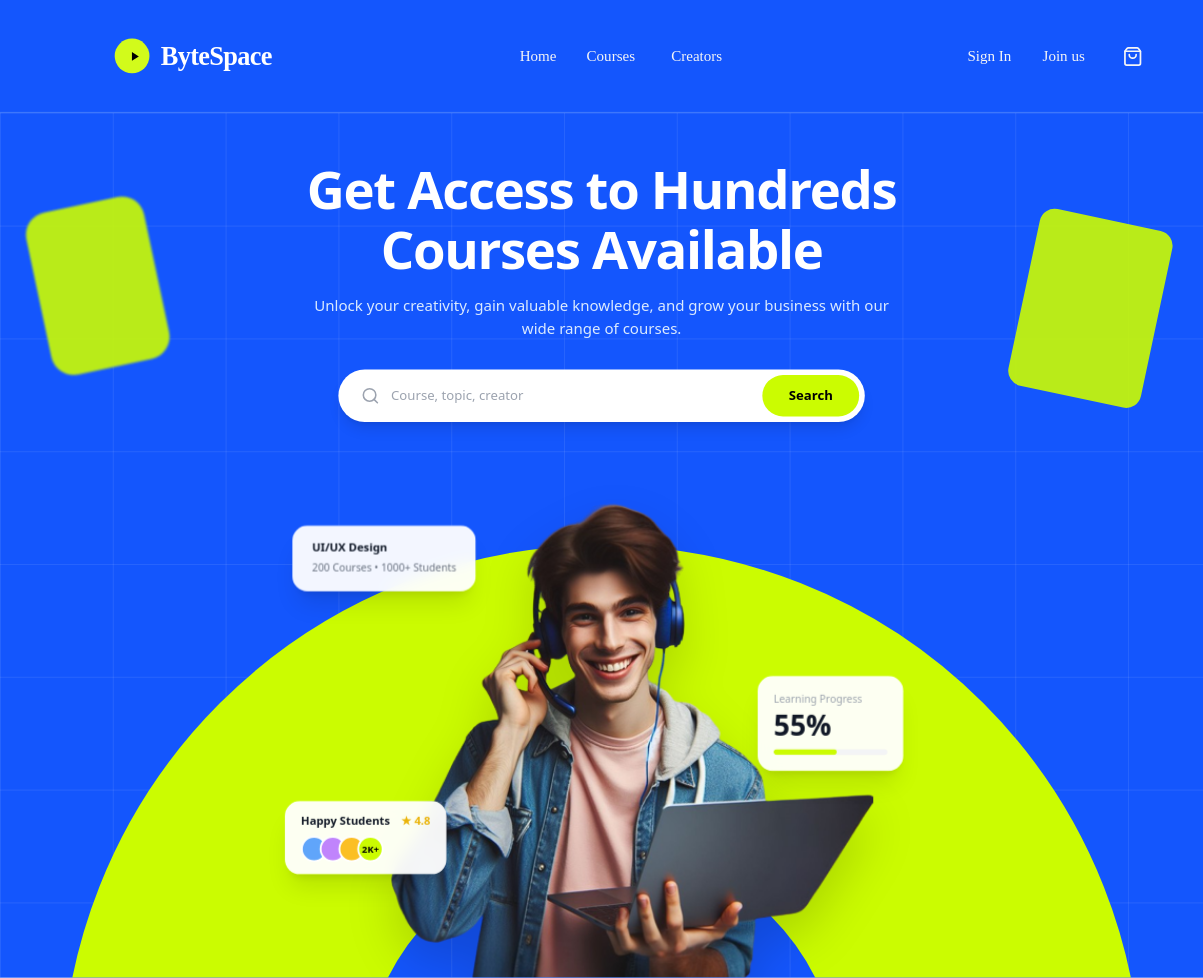
Repository: mdkawsarjomadder/bytespace
Page: /
The author's editor kept a copy of each file at every save. The page is drawn from the files as they stood at one save, then again after the next save.
The browser window is 1280 px wide. The pictures show the whole page, at 94% of full size.
Some web fonts or font styles are not loaded; a fallback is used. The project was rebuilt for these pictures with package versions that can differ from the ones it lists, and the page was loaded fresh each time. Also part of the build but not shown: vite.config.js.

Above is the page before, as saved 2026-09-29 18:31:46.

### index.html
<!doctype html>
<html lang="en">
  <head>
    <meta charset="UTF-8" />
    <link rel="icon" type="image/svg+xml" href="/favicon.svg" />
    <meta name="viewport" content="width=device-width, initial-scale=1.0" />
    <title>bytespace</title>
  </head>
  <body>
    <div id="root"></div>
    <script type="module" src="/src/main.jsx"></script>
    <link href="https://api.fontshare.com/v2/css?f[]=satoshi@400,500,700&display=swap" rel="stylesheet">
  </body>
</html>

### src/App.jsx
import React from 'react';
import Navbar from './components/Navbar';
import Hero from './components/Hero';

function App() {
  return (
    <div className="min-h-screen bg-gray-50 font-sans">
      <Navbar />
      <Hero />
    </div>
  );
}

export default App;

### src/components/Navbar.jsx
import React from 'react';
import { ShoppingBag } from 'lucide-react';

const Navbar = () => {
  return (
    <header className="w-full h-[120px] bg-[#1456fd] border-b border-blue-400/20 pl-[122px] pr-16 flex items-center justify-between relative z-50">
      {/* 1. Brand Logo (Figma Specs: 171px x 37px) */}
      <div
        className="w-[171px] h-[37px] flex items-center gap-3 cursor-pointer select-none"
        style={{ opacity: 1 }}
      >
        {/* Play Icon Logo */}
        <div className="w-[37px] h-[37px] rounded-full bg-[#d2fb1b] flex items-center justify-center shrink-0">
          <svg
            className="w-4 h-4 text-black fill-current translate-x-0.5"
            viewBox="0 0 24 24"
          >
            <path d="M8 5v14l11-7z" />
          </svg>
        </div>
        {/* Logo Text */}
        <span className="text-[28px] font-bold tracking-tight text-white leading-none font-['Satoshi']">
          ByteSpace
        </span>
      </div>

      {/* 2. Navigation Links */}
      <nav className="hidden md:flex items-center gap-8 font-['Satoshi']">
        <a
          href="#home"
          className="text-[#F5F5F6] text-[16px] leading-[160%] font-normal hover:text-[#d2fb1b] transition-colors"
        >
          Home
        </a>
        <a
          href="#courses"
          className="w-[58px] h-[26px] flex items-center text-[#F5F5F6] text-[16px] leading-[160%] font-normal hover:text-[#d2fb1b] transition-colors"
          style={{ opacity: 1 }}
        >
          Courses
        </a>
        <a
          href="#creators"
          className="text-[#F5F5F6] text-[16px] leading-[160%] font-normal hover:text-[#d2fb1b] transition-colors"
        >
          Creators
        </a>
      </nav>

      {/* 3. Action Buttons & Cart */}
      <div className="flex items-center gap-6 font-['Satoshi']">
        <button
          className="w-[49px] h-[24px] flex items-center justify-center text-[#F5F5F6] text-[16px] leading-[24px] font-normal hover:text-white/80 transition-colors"
          style={{ opacity: 1 }}
        >
          Sign In
        </button>
        <button
          className="h-[24px] px-2 flex items-center justify-center text-[#F5F5F6] text-[16px] leading-[24px] font-normal hover:text-white/80 transition-colors"
          style={{ opacity: 1 }}
        >
          Join us
        </button>
        <button className="text-[#F5F5F6] hover:text-[#d2fb1b] transition-colors flex items-center justify-center ml-2">
          <ShoppingBag size={22} strokeWidth={2} />
        </button>
      </div>
    </header>
  );
};

export default Navbar;

### src/components/Hero.jsx
import React from 'react';
import { Search } from 'lucide-react';
import One1 from '../assets/01.png';

const Hero = () => {
  return (
    <section className="relative w-full bg-[#1456fd] overflow-hidden pt-12 pb-0 text-white flex flex-col items-center justify-between min-h-[920px]">
      {/* 1. Background Grid Pattern */}
      <div className="absolute inset-0 bg-[linear-gradient(to_right,#ffffff15_1px,transparent_1px),linear-gradient(to_bottom,#ffffff15_1px,transparent_1px)] bg-[size:120px_120px] pointer-events-none" />

      {/* 2. Ellipse 7 Background Ring (Figma Exact Position) */}
      <div
        className="absolute rounded-full pointer-events-none z-0"
        style={{
          width: '1149px',
          height: '1149px',
          top: '460px',

          left: '50%',
          transform: 'translateX(-50%)',
          border: '320px solid #CBFC01',
          boxSizing: 'border-box',
        }}
      />

      {/* 3. Decorative 3D Elements */}
      <div className="absolute left-10 top-24 w-32 h-44 bg-[#CBFC01] rounded-3xl opacity-90 blur-[1px] transform -rotate-12 pointer-events-none hidden lg:block" />
      <div className="absolute right-12 top-28 w-36 h-48 bg-[#CBFC01] rounded-2xl opacity-90 transform rotate-12 pointer-events-none hidden lg:block" />

      {/* 4. Top Area: Title + Subtitle + Search Bar */}
      <div className="relative z-10 w-full max-w-[1200px] mx-auto px-4 flex flex-col items-center text-center">
        <h1 className="text-4xl md:text-[56px] font-bold tracking-tight text-white leading-[1.15] max-w-[900px]">
          Get Access to Hundreds <br /> Courses Available
        </h1>

        <p className="mt-4 text-sm md:text-base text-blue-100 max-w-[650px] font-normal leading-relaxed">
          Unlock your creativity, gain valuable knowledge, and grow your business with our wide range of courses.
        </p>

        {/* Search Bar */}
        <div className="mt-8 w-full max-w-[560px] bg-white rounded-full p-1.5 pl-6 flex items-center shadow-lg justify-between gap-3">
          <div className="flex items-center gap-3 w-full">
            <Search className="w-5 h-5 text-gray-400 shrink-0" />
            <input
              type="text"
              placeholder="Course, topic, creator"
              className="w-full bg-transparent text-gray-800 placeholder-gray-400 focus:outline-none text-sm font-medium"
            />
          </div>
          <button className="bg-[#CBFC01] hover:bg-[#b5e200] text-black font-semibold text-sm px-7 py-3 rounded-full transition-all duration-200 shrink-0 cursor-pointer">
            Search
          </button>
        </div>
      </div>

      {/* 5. Hero Visual Area (Image sitting flat at section bottom) */}
      <div className="relative w-full max-w-[578px] h-[541px] flex justify-center items-end z-10 mt-auto">

        {/* Main Student Image */}
        <img
          src={One1}
          alt="Student Learning"
          className="w-[578px] h-[541px] object-contain block select-none pointer-events-none drop-shadow-2xl"
        />

        {/* Floating Card: UI/UX Design (Top Left) */}
        <div className="absolute -left-10 top-[60px] z-20 bg-white/95 backdrop-blur text-black p-3.5 px-5 rounded-2xl shadow-xl border border-white/20">
          <span className="text-xs font-bold text-gray-900 block">UI/UX Design</span>
          <span className="text-[11px] text-gray-500 font-medium">200 Courses • 1000+ Students</span>
        </div>

        {/* Floating Card: Learning Progress (Top Right) */}
        <div className="absolute -right-8 top-[220px] z-20 bg-white/95 backdrop-blur text-black p-4 rounded-2xl shadow-xl border border-white/20 min-w-[155px] ">
          <span className="text-[11px] font-medium text-gray-400 block mb-1">Learning Progress</span>
          <span className="text-3xl font-extrabold text-gray-900 block leading-none">55%</span>
          <div className="w-full bg-gray-100 h-1.5 rounded-full mt-2.5 overflow-hidden">
            <div className="bg-[#CBFC01] h-full w-[55%] rounded-full" />
          </div>
        </div>

        {/* Floating Card: Happy Students (Bottom Left) */}
        <div className="absolute -left-12 bottom-[110px] z-20 bg-white/95 backdrop-blur text-black p-3 px-4 rounded-2xl shadow-xl border border-white/20">
          <div className="flex items-center justify-between gap-3 mb-2">
            <span className="text-xs font-bold text-gray-900">Happy Students</span>
            <span className="text-xs font-semibold text-yellow-500">★ 4.8</span>
          </div>
          <div className="flex items-center -space-x-2">
            <div className="w-7 h-7 rounded-full bg-blue-400 border-2 border-white"></div>
            <div className="w-7 h-7 rounded-full bg-purple-400 border-2 border-white"></div>
            <div className="w-7 h-7 rounded-full bg-amber-400 border-2 border-white"></div>
            <div className="w-7 h-7 rounded-full bg-[#CBFC01] border-2 border-white flex items-center justify-center text-[10px] font-bold text-black">
              2K+
            </div>
          </div>
        </div>

      </div>
    </section>
  );
};

export default Hero;

Loaded but not shown: src/main.jsx (common file); src/index.css (common file); tailwind.config.js (common file)

After the next save:
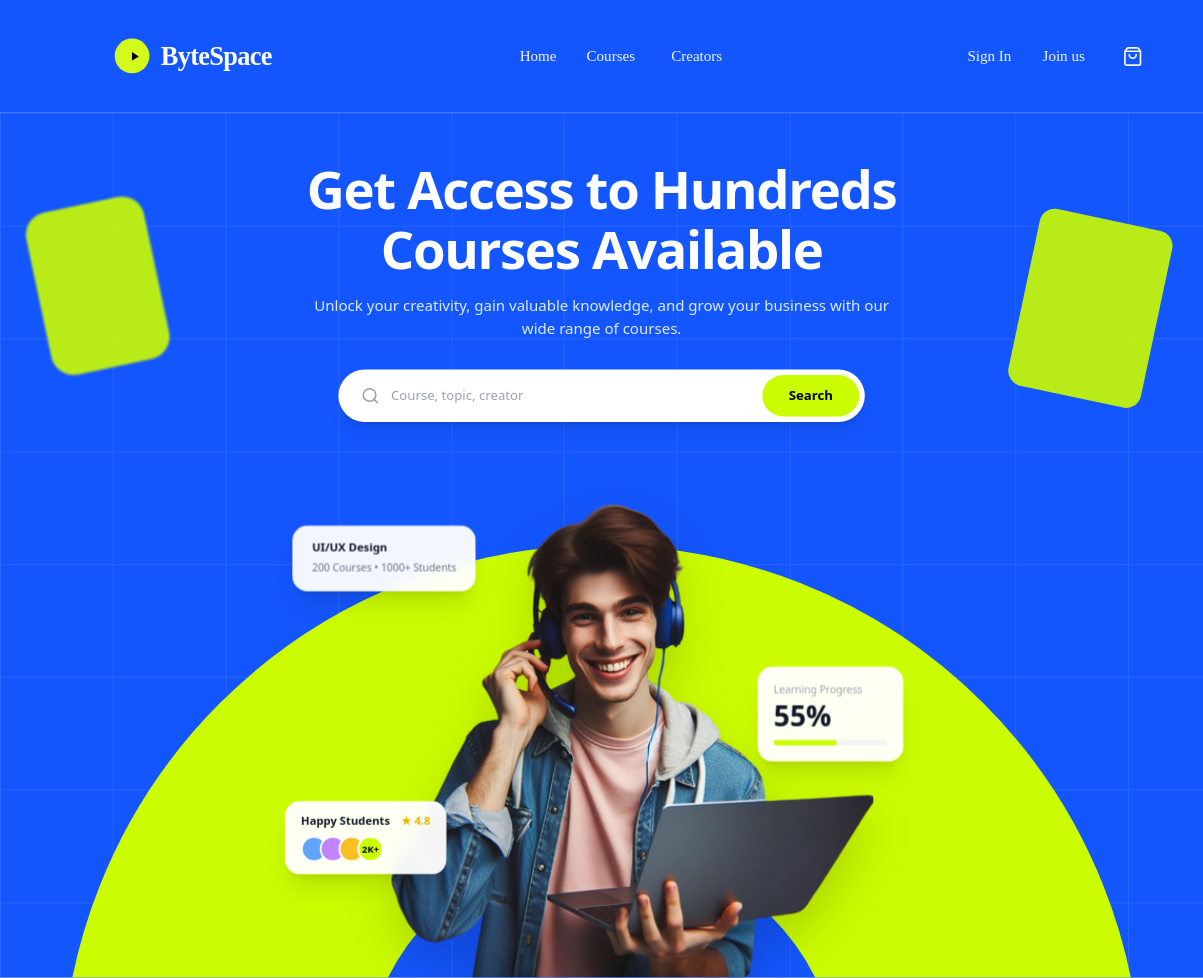
Saved 8 s later.
--- a/src/components/Hero.jsx
+++ b/src/components/Hero.jsx
@@ -70,7 +70,7 @@ const Hero = () => {
         </div>
 
         {/* Floating Card: Learning Progress (Top Right) */}
-        <div className="absolute -right-8 top-[220px] z-20 bg-white/95 backdrop-blur text-black p-4 rounded-2xl shadow-xl border border-white/20 min-w-[155px] ">
+        <div className="absolute -right-8 top-[210px] z-20 bg-white/95 backdrop-blur text-black p-4 rounded-2xl shadow-xl border border-white/20 min-w-[155px] ">
           <span className="text-[11px] font-medium text-gray-400 block mb-1">Learning Progress</span>
           <span className="text-3xl font-extrabold text-gray-900 block leading-none">55%</span>
           <div className="w-full bg-gray-100 h-1.5 rounded-full mt-2.5 overflow-hidden">
